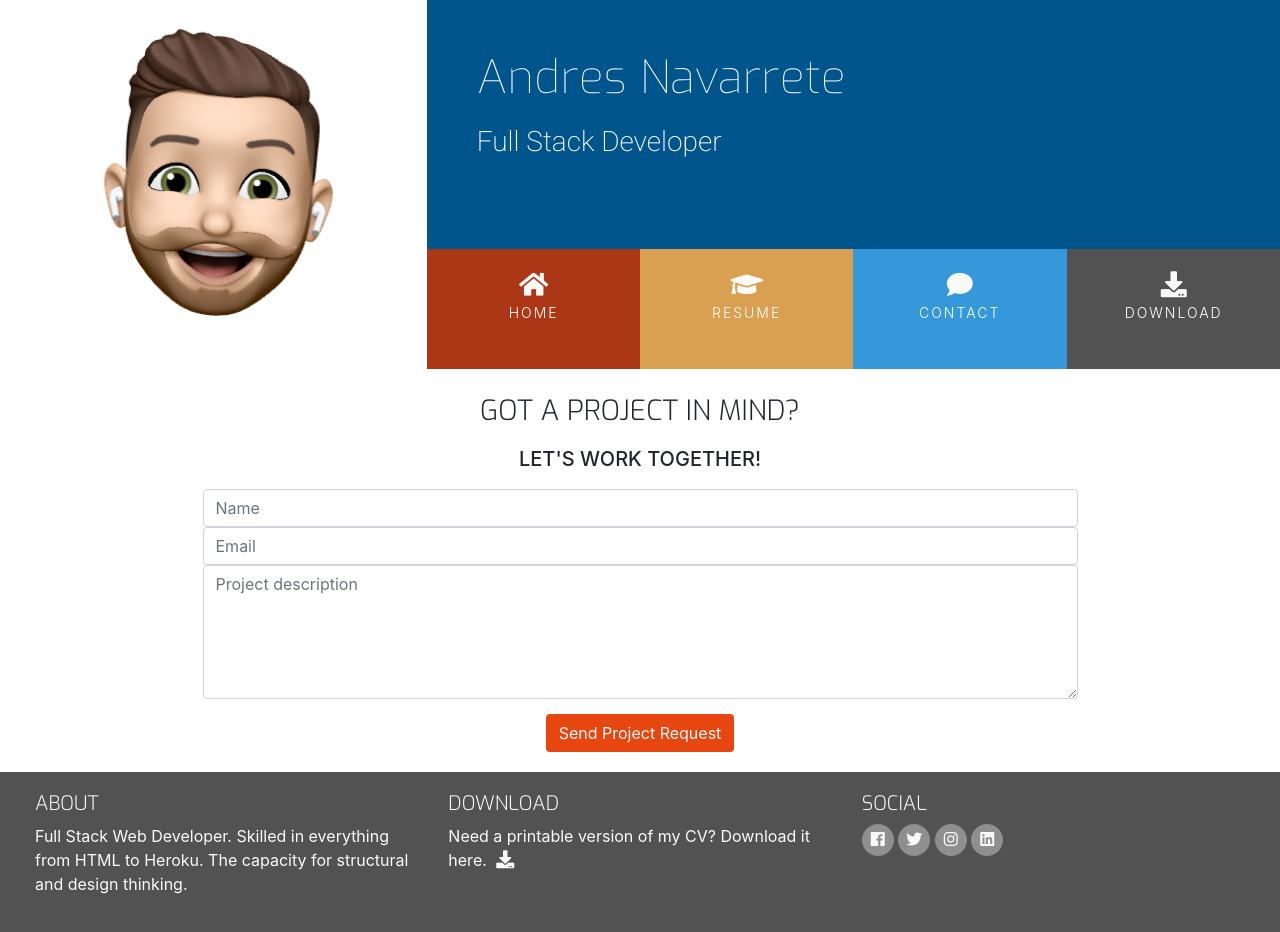
Repository: andna5980/cloud9-workspace
Page: contact.html
An editor plug-in stored every save of this project. The page is shown before and after the next save, followed by the edit.
The browser window is 1280 px wide. The pictures show the whole page.
Some web libraries are served in a nearby version.

Above is the page before, as saved 2022-04-24 10:31:54.
Console error: ReferenceError: emailjs is not defined

### contact.html
<!DOCTYPE html>
<html lang="en">
<head>
    <meta charset="UTF-8">
    <meta name="viewport" content="width=device-width, initial-scale=1.0">
    <link rel="stylesheet" href="https://maxcdn.bootstrapcdn.com/bootstrap/4.2.1/css/bootstrap.min.css" type="text/css"/>
    <link rel="stylesheet" href="https://use.fontawesome.com/releases/v5.0.10/css/all.css" integrity="sha384-+d0P83n9kaQMCwj8F4RJB66tzIwOKmrdb46+porD/OvrJ+37WqIM7UoBtwHO6Nlg" crossorigin="anonymous"/>
    <link rel="stylesheet" href="https://cdnjs.cloudflare.com/ajax/libs/hover.css/2.3.1/css/hover-min.css">
    <link rel="stylesheet" href="./resume-project/assets/css/style.css" type="text/css">
    <title>Andy</title>
    <script type="text/javascript"
        src="https://cdn.jsdelivr.net/npm/emailjs-com@2/dist/email.min.js">
    </script>
    <script type="text/javascript">
        (function(){
            emailjs.init("user_CwUswiMCE5gN6h6eXHbjb");
        })();
    </script>
</head>

<body>
    <header>
        <div class="row no-gutters">
            <a href="index.html"  class="col-md-4 logo">

            </a>
            <div class="col-md-8">
                <div class="row no-gutters bg-color-name-title">
                    <div class="col heading">
                        <h1 class="name">Andres Navarrete</h1>
                        <h2 class="title">Full Stack Developer</h2>

                    </div>
                </div>
                <div class="row no-gutters">
                    <div class="col">
                        <ul id="nav" class="list-inline menucontainer">
                            <li class="col-6 col-sm-3 ui-menu-color-home list-inline-item menuitem">
                                <a href="index.html" class="hvr-sweep-to-bottom"><i class="fa fa-home"
                                        aria-hidden="true"></i><span>Home</span></a>
                            </li>
                            <li class="col-6 col-sm-3 ui-menu-color-resume list-inline-item menuitem">
                                <a href="resume.html" class="hvr-sweep-to-bottom"><i class="fa fa-graduation-cap"
                                        aria-hidden="true"></i><span>Resume</span></a>
                            </li>
                            <li class="col-6 col-sm-3 ui-menu-color-contact list-inline-item menuitem">
                                <a href="contact.html" class="hvr-sweep-to-bottom"><i class="fa fa-comment"
                                        aria-hidden="true"></i><span>Contact</span></a>
                            </li>
                            <li class="col-6 col-sm-3 ui-menu-color-download list-inline-item menuitem">
                                <a href="/resume-project/assets/cv/Rodrigo-Andres-Navarrete-cv.pdf" target="_blank" class="hvr-sweep-to-bottom"><i class="fa fa-download"
                                        aria-hidden="true"></i><span>Download</span></a>
                            </li>
                        </ul>
                    </div>
                </div>

            </div>
        </div>

    </header>

    <section class="container-fluid">
        <div class="row bg-color-contact">
            <div class="col">
                <h3 class="contact-heading uppercase text-center">Got a project in mind?</h3>
                <h5 class="uppercase text-center">Let's work together!</h5>

                <div class="center-form">
                    <form onsubmit="return sendMail(this);">
                           <input type="text" name="name" id="fullname" class="form-control" placeholder="Name" required/>
                           <input type="text" name="emailaddress" id="emailaddress" class="form-control" placeholder="Email" required/>
                           <textarea rows="5" name="projectsummary" id="projectsummary" class="form-control" placeholder="Project description" required></textarea>
                           <div class="form-row text-center">
                               <div class="col">
                                   <button type="submit" class="btn btn-seconday">Send Project Request</button>
                               </div>
                           </div>

                    </form>
                </div>
            </div>
        </div>
    </section>



<footer class="container-fluid">
        <div id="footer-details" class="row">
            <div class="col-sm-4">
                <h5 class="uppercase general-sub">About</h5>
                <p class="inline-block">
                    Full Stack Web Developer. Skilled in everything from HTML to Heroku.
                    The capacity for structural and design thinking.
                </p>
            </div>
            <div class="col-sm-4">
                <h5 class="uppercase general-sub">Download</h5>
                <p class="inline-block">
                    Need a printable version of my CV? Download it here.
                    <a href="/resume-project/assets/cv/Rodrigo-Andres-Navarrete-cv.pdf" target="_blank" class="cv-pdf">
                        <i class="fa fa-download" aria-hidden="true"></i>
                        <span class="sr-only">Download</span>
                    </a>
                </p>

            </div>
            <div class="col-sm-4">
                <h5 class="uppercase general-sub">Social</h5>
                <ul class="list-inline social-links">
                    <li class="list-inline-item">
                        <a target="_blank" href="#">
                            <i class="fab fa-facebook" aria-hidden="true"></i>
                            <span class="sr-only">Facebook</span>
                        </a>
                    </li>
                    <li class="list-inline-item">
                        <a target="_blank" href="#">
                            <i class="fab fa-twitter" aria-hidden="true"></i>
                            <span class="sr-only">Twitter</span>
                        </a>
                    </li>
                    <li class="list-inline-item">
                        <a target="_blank" href="#">
                            <i class="fab fa-instagram" aria-hidden="true"></i>
                            <span class="sr-only">Instagram</span>
                        </a>
                    </li>
                    <li class="list-inline-item">
                        <a target="_blank" href="#">
                            <i class="fab fa-linkedin" aria-hidden="true"></i>
                            <span class="sr-only">LinkedIn</span>
                        </a>
                    </li>
                </ul>
            </div>
        </div>

    </footer>
    <script src="./resume-project/assets/js/sendEmail.js"></script>
</body>

</html>

### resume-project/assets/css/style.css
@import url('https://fonts.googleapis.com/css?family=Roboto:100,200,300,400,500,600,700|Exo:100,200,300,400,500,600,700');



/*-------------------------------------------------Colours */

.bg-color-name-title {
    background-color: #00558D;

}

.bg-color-three-reasons {
    background-color: #fff;
}

.bg-color-personal-info {
    background-color: #f4f4f4;
}

.bg-color-work-history {
    background-color: #00558D;
}

bg-color-contact {
    background-color: #fff;
}

.ui-menu-color-home{
    background-color: #AB3717;

}
.ui-menu-color-resume{
    background-color: #DAA052;

}
.ui-menu-color-contact{
    background-color: #3498db;

}
.ui-menu-color-download{
    background-color: #525252;

}

.row-table {
    display: table;
}

.section-column {
    display: table-cell;
    padding: 0 30px 30px;
    float: none;
}

.section-heading {
    font-family: "Exo", sans-serif;
    font-weight: 300;
    margin-top: 25px;
    margin-bottom: 40px;
}
/*-------------------------------------------------Special paddings/margins/text */


h1,h2,h3,h4 {
    margin: 0;
}

.uppercase {
    text-transform: uppercase;
}


.general-sub {
    font-family: "Exo", sans-serif;
    font-weight: 300;
    color: #fafafa;
}

.inline-block {
    display: inline-block;
}

.row-table {
    display: table;
}

.section-column {
    display: table-cell;
    padding: 0 30px 30px;
    float: none;
}

.history-heading,
.section-heading {
    font-family: "Exo", sans-serif;
    font-weight: 300;
    margin-top: 25px;
    margin-bottom: 40px;
}

/*-------------------------------------------------Headings */

header {
    margin: 0;
}

.heading{
    margin-left: 50px;
}

.logo {
    background: url("../images/memoji2.PNG");
    background-position: center;
    background-repeat: no-repeat;
    background-size: cover;
    min-height: 350px;
    transition: all .5s ease-in-out;
    -moz-transition:  all .5s ease-in-out;
    -webkit-transition: all .5s ease-in-out;
}

.name {
    font-family: "Exo", sans-serif;
    font-weight: 100;
    font-size: 46px;
    margin-top: 50px;
    color: #ffffff;
}

.title {
    font-family: "Roboto", sans-serif;
    font-weight: 200;
    font-size: 28px;
    margin-top: 20px;
    margin-bottom: 90px;
    color: #ffffff;
}


.list-inline-item:not(:last-child) {
    margin: 0;
}

.menucontainer {
    font-size: 0;
}

#nav {
    margin: 0;
}

#nav li {
    font-size: 14px;
    padding: 0;
}

.menuitem {
    height: 120px;
    text-align: center;
    padding: 0;

}

.menuitem a {
    width: 100%;
    text-decoration: none;
    color: #ffffff;
    height: 120px;
}

.menuitem a i{
    padding-top: 22px;
    display: block;
    color: #fafafa;
    font-size: 26px;

}

.menuitem span {
    display: block;
    width: 100%;
    padding-top: 5px;
    text-align: center;
    text-transform: uppercase;
    font-size: 14px;
    font-weight: 300;
    letter-spacing: 2px;
}

/*-------------------------------------------------Hover.css */

.hvr-sweep-to-bottom:before {
    background: rgba(0, 0, 0, 0.2);
    height: 120px;
}


/*-------------------------------------------------Footer */

footer {
    background-color: #525252;
    color: #fafafa;
    min-height: 120px;
    margin: 0;
}

.cv-pdf i {
    font-size: 18px;
    color: #fafafa;
    text-align: center;
    padding-left: 5px;
    transition: all 0.35s ease-in-out;
    -moz-transition: all 0.35s ease-in-out;
    -webkit-transition: all 0.35s ease-in-out;
    -o-transition: all 0.35s ease-in-out;
}

.cv-pdf i:hover {
    color: #e84610;
}

.social-links {
    padding-bottom: 15px;
}

.social-links li a i {
    width: 32px;
    height: 32px;
    padding: 12px 0;
    border-radius: 50%;
    line-height: 7px;
    text-align: center;
    color: #fafafa;
    background: #8f8f8f;
    transition: all 0.35s ease-in-out;
    -moz-transition: all 0.35s ease-in-out;
    -webkit-transition: all 0.35s ease-in-out;
    -o-transition: all 0.35s ease-in-out;
}

.social-links li a i:hover {
    background: #e84610;
}

#footer-details {
    padding: 20px;
}


/*-------------------------------------------------Three reasons */


.three-reasons-icon {
    font-size: 26px;
    color: #e67e22;
}

.three-reasons-heading {
    margin-bottom: 15px;

}

/* ----------------------------------------Personal Info */

.personal-info-item {
    margin-bottom: 20px;
    display: block;
    clear: both;
}

.personal-info-item .key,
.personal-info-item .value {
    padding-right: 8px;
    display: inline-block;
}

.personal-info-item .key p,
.personal-info-item .value p {
    margin: 0;
}

.personal-info-item .key {
    width: 30%;
    margin-right: 21px;
    padding-top: 2px;
    vertical-align: top;
}

.personal-info-item .key p {
    font-weight: 700;
}

.personal-info-item .value {
    position: relative;
    width: 60%;
}


/* ----------------------------------------Skills */

.progress {
    position: relative;
    height: 25px;
    margin-bottom: 4px;
}

.progress-type {
    position: absolute;
    left: 0px;
    font-weight: 400;
    padding: 3px 30px 2px 10px;
    color: #fafafa;
    background-color: rgba(25, 25, 25, 0.2);
}

.progress-section {
    margin: 40px 20px;
}


/* ----------------------------------------Work History */

.history-heading {
    color: #fafafa;
    margin-bottom: 50px;
}

.timeline-item {
    padding: 4em 2em 0em 2em;
    position: relative;
    color: #fafafa;
    border-left: 1px solid;
}

.timeline-item p {
    padding: 0;
    margin: 0;
}

.timeline-item:before {
    content: attr(data-dates);
    position: absolute;
    left: 2.5em;
    top: 3em;
    display: block;
    font-family: "Exo", sans-serif;
    font-weight: 500;
    font-size: 0.8em;
    padding: 0;
    margin: 0;
}

.timeline-item:after {
    width: 12px;
    height: 12px;
    display: block;
    top: 2.4em;
    position: absolute;
    left: -6px;
    border-radius: 12px;
    content: '';
    background: #fafafa;
}

.history-items {
    margin-bottom: 30px;
}


/* ----------------------------------------Contact Form */

.contact-heading {
    font-family: "Exo", sans-serif;
    font-weight: 300;
    margin-top: 25px;
    margin-bottom: 20px;
}

.center-form {
    padding-top: 10px;
    margin: 0 auto;
    max-width: 70%;
}

button[type="submit"] {
    margin-top: 15px;
    margin-bottom: 20px;
    color: #fafafa;
    background-color: #e84610;
}

/* ----------------------------------------Media Queries */

@media(min-width: 992px) {
    center-form {
        padding-top: 30px;
        min-height: 240px;
        margin: 0 auto;
        max-width: 50%;
    }
}

### resume-project/assets/js/sendEmail.js
console.log("hello email")
function sendMail(contactForm) {
    emailjs.send("gmail", "andres", {
        "from_name": contactForm.name.value,
        "from_email": contactForm.emailaddress.value,
        "project_request": contactForm.projectsummary.value

    })
    .then(
        function(response) {
            console.log("SUCCESS", response);
        },
        function (error)  {
            console.log("FAILED", error);
        }
    );
    return false; // To block from loading a new page

}

After the next save:
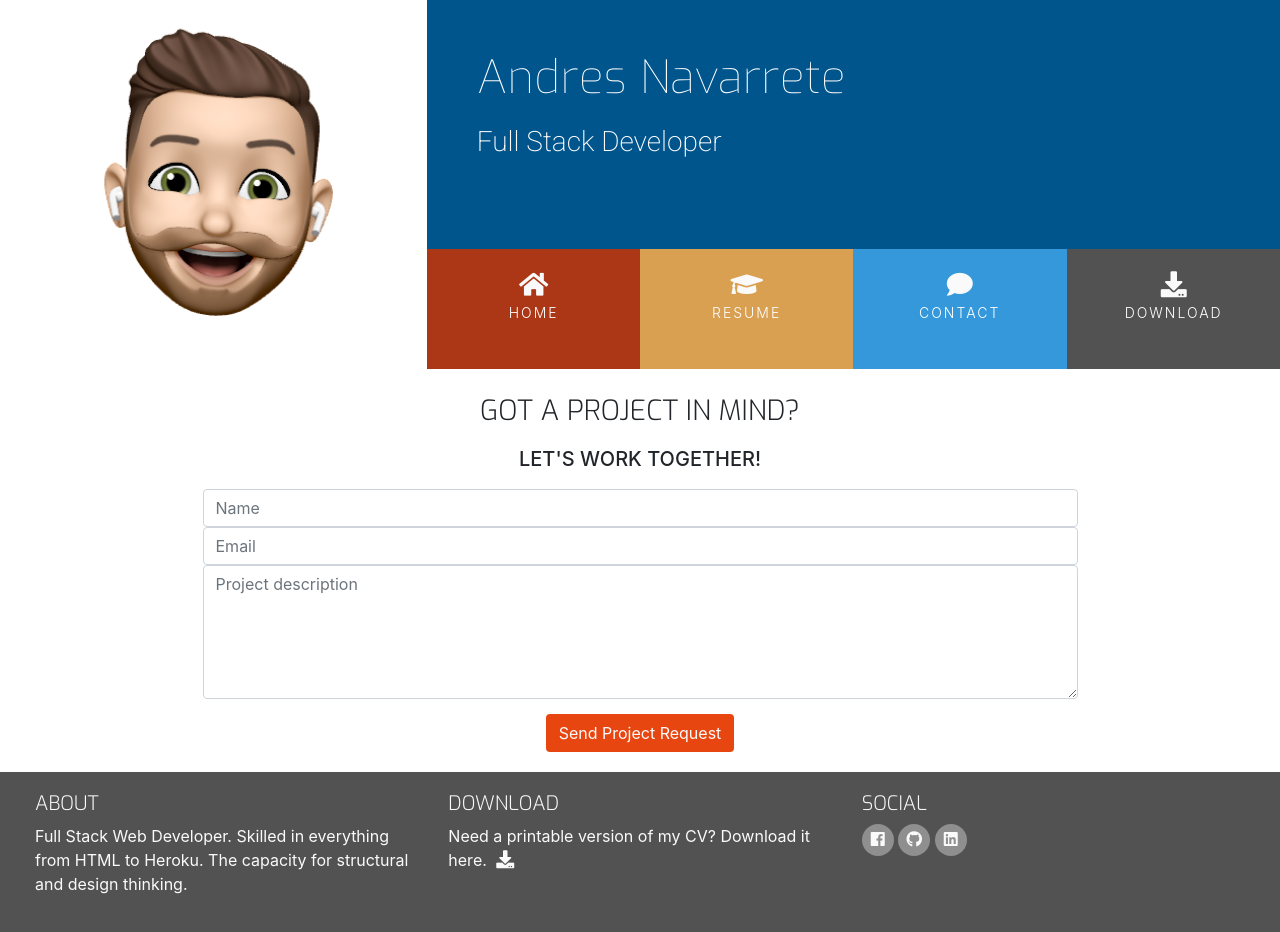
Saved 25 s later.
--- a/contact.html
+++ b/contact.html
@@ -114,20 +114,15 @@
                             <span class="sr-only">Facebook</span>
                         </a>
                     </li>
+
                     <li class="list-inline-item">
-                        <a target="_blank" href="#">
-                            <i class="fab fa-twitter" aria-hidden="true"></i>
-                            <span class="sr-only">Twitter</span>
+                        <a target="_blank" href="https://github.com/andna5980">
+                            <i class="fab fa-github" aria-hidden="true"></i>
+                            <span class="sr-only">Github</span>
                         </a>
                     </li>
                     <li class="list-inline-item">
-                        <a target="_blank" href="#">
-                            <i class="fab fa-instagram" aria-hidden="true"></i>
-                            <span class="sr-only">Instagram</span>
-                        </a>
-                    </li>
-                    <li class="list-inline-item">
-                        <a target="_blank" href="#">
+                        <a target="_blank" href="https://www.linkedin.com/in/andres-navarrete-barrios-6aa631101/">
                             <i class="fab fa-linkedin" aria-hidden="true"></i>
                             <span class="sr-only">LinkedIn</span>
                         </a>
